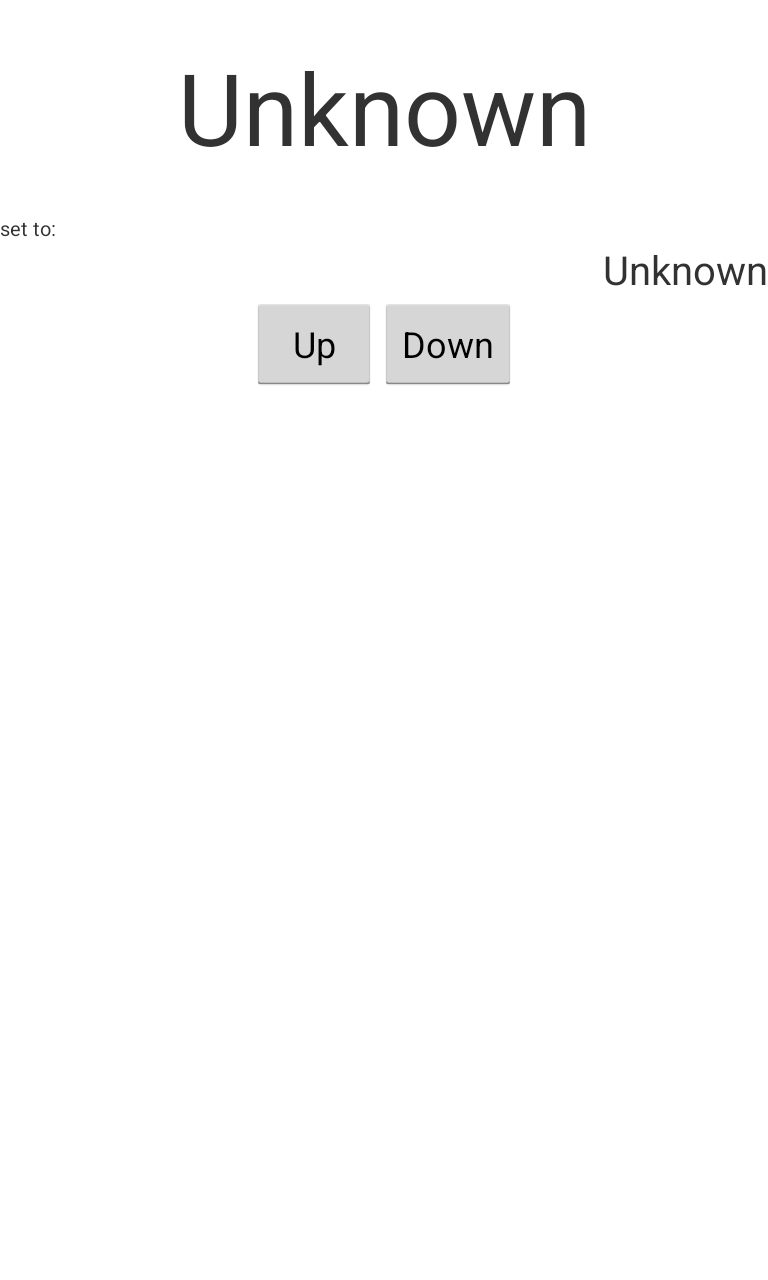
Repository: finerrecliner/SmartVent
Layout: SmartVent/res/layout/activity_room.xml
The author's editor kept a copy of each file at every save. The layout is drawn from the files as they stood at one save, then again after the next save.
It is drawn on a 768 x 1280 px phone screen (xhdpi) without system bars, with theme AppTheme; the app's code is not run.

Above is the layout before, as saved 2013-11-03 16:35:12.

### SmartVent/res/layout/activity_room.xml
<LinearLayout xmlns:android="http://schemas.android.com/apk/res/android"
    xmlns:tools="http://schemas.android.com/tools"
    android:layout_width="match_parent"
    android:layout_height="match_parent"
    android:gravity="fill_vertical"
    android:orientation="vertical"
    tools:context=".RoomActivity" >

    <TextView
        android:id="@+id/current_temp_val"
        android:layout_width="fill_parent"
        android:layout_height="wrap_content"
        android:gravity="center"
        android:paddingBottom="20dp"
        android:paddingTop="20dp"
        android:text="@string/unknown"
        android:textSize="50sp" />

	<TextView
        android:id="@+id/set_temp_label"
        android:layout_width="wrap_content"
        android:layout_height="wrap_content"
        android:text="@string/set_temperature"
        android:textSize="10sp" />

    <TextView
        android:id="@+id/set_temp_val"
        android:layout_width="fill_parent"
        android:layout_height="wrap_content"
        android:gravity="right"
        android:text="@string/unknown"
        android:textSize="20sp" />

	<LinearLayout
        android:id="@+id/set_temp_buttons"
        android:layout_width="match_parent"
        android:layout_height="wrap_content"
        android:gravity="center" >

        <Button
            android:id="@+id/set_temp_up"
            android:layout_width="wrap_content"
            android:layout_height="wrap_content"
            android:text="@string/up" />

        <Button
            android:id="@+id/set_temp_down"
            android:layout_width="wrap_content"
            android:layout_height="wrap_content"
            android:text="@string/down" />
    </LinearLayout>

</LinearLayout>

### SmartVent/res/values/strings.xml
<?xml version="1.0" encoding="utf-8"?>
<resources>

    <string name="app_name">SmartVent</string>
    <string name="menu_settings">Settings</string>
    <string name="current_temp">Current Temp:</string>
    <string name="room_label">Room:</string>
    <string name="set_temperature">set to:</string>
    <string name="unknown">Unknown</string>
    <string name="up">Up</string>
    <string name="down">Down</string>
    <string name="room">room</string>
    <string name="home_blueprint">home blueprint</string>

</resources>

Loaded but not shown: SmartVent/res/values/styles.xml (common file); SmartVent/res/values-v11/styles.xml (common file); SmartVent/res/values-v14/styles.xml (common file)

After the next save:
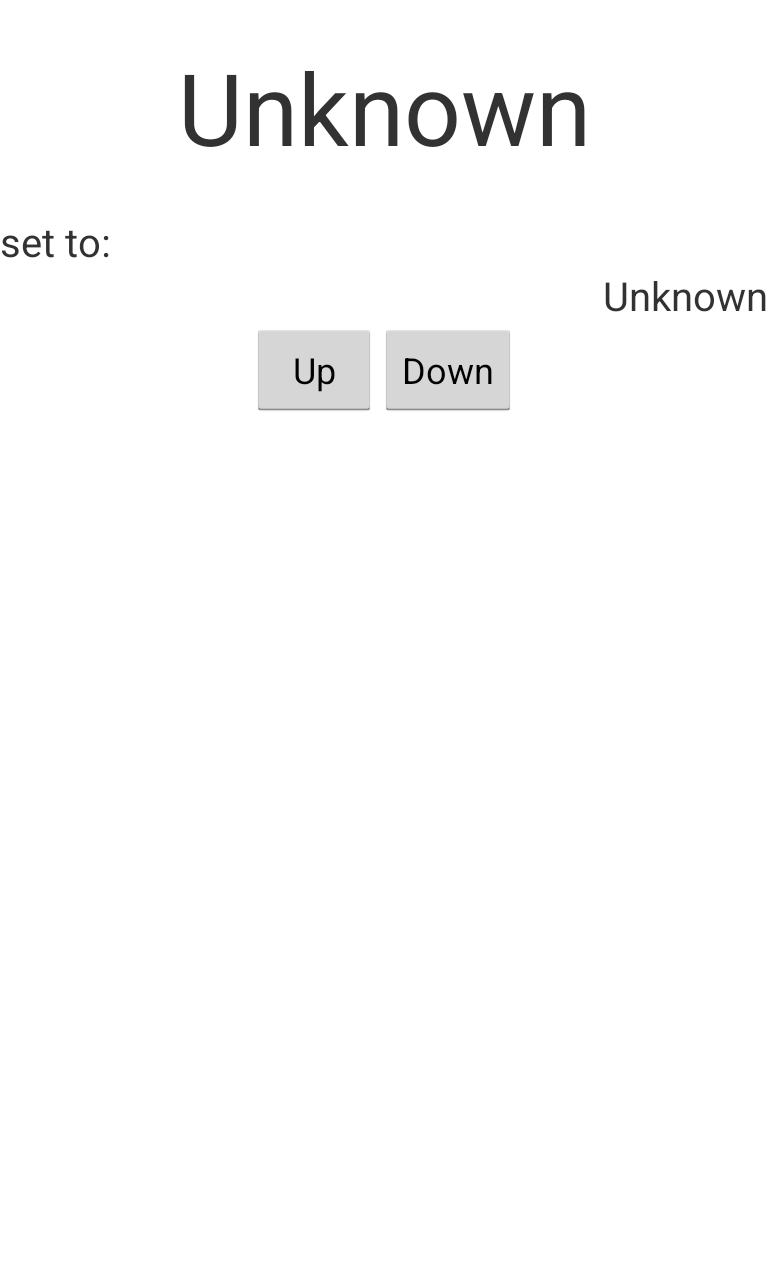
Saved 13 s later.
--- a/SmartVent/res/layout/activity_room.xml
+++ b/SmartVent/res/layout/activity_room.xml
@@ -21,7 +21,7 @@
         android:layout_width="wrap_content"
         android:layout_height="wrap_content"
         android:text="@string/set_temperature"
-        android:textSize="10sp" />
+        android:textSize="20sp" />
 
     <TextView
         android:id="@+id/set_temp_val"
